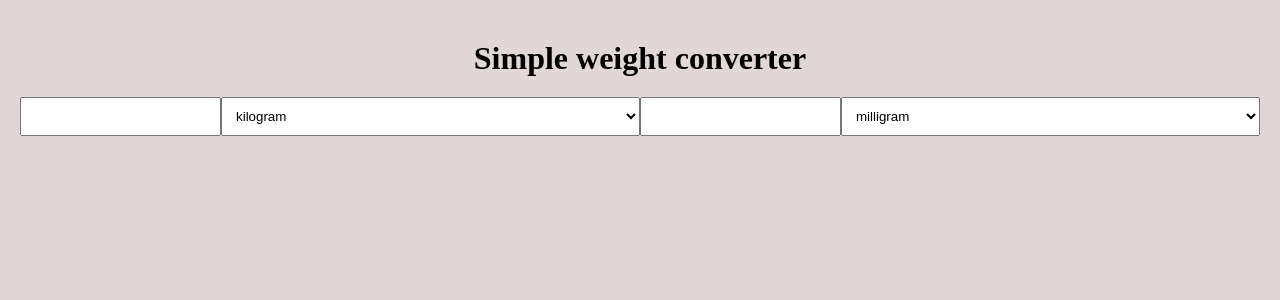
Repository: Eugene44-hub/weight-converter
Page: index.html
An editor plug-in stored every save of this project. The page is shown before and after the next save, followed by the edit.
The browser window is 1280 px wide. The pictures show the whole page.

Above is the page before, as saved 2021-09-20 04:55:25.

### index.html
<!DOCTYPE html>
<html lang="en">

<head>
    <meta charset="UTF-8">
    <meta http-equiv="X-UA-Compatible" content="IE=edge">
    <meta name="viewport" content="width=device-width, initial-scale=1.0">
    <link rel="stylesheet" href="style.css">
    <title>Document</title>
</head>

<body>
    <div class="converter">
        <h1>Simple weight converter</h1>

        <input type="number" id="typed">
        <select name="" id="in-weight">
      <option value="kg">kilogram</option>
      <option value="ou">ounce</option>
      <option value="mg">milligram</option>
    </select>
        <input type="number" id="output">
        <select name="" id="out-weight">
      <option value="mg">milligram</option>
      <option value="ou">ounce</option>
      <option value="kg">kilogram</option>
    </select>
    </div>
    <script src="app.js"></script>
</body>

</html>

### style.css
* {
    padding: 0;
    margin: 0;
}

body {
    background-color: rgb(226, 215, 215);
}

input {
    padding: 10px;
    flex: 10%;
    margin-bottom: 10px;
}

h1 {
    text-align: center;
    flex: 100%;
    margin-bottom: 20px;
}

select {
    padding: 10px;
    margin-bottom: 10px;
    flex: 30%;
}

.converter {
    display: flex;
    flex-wrap: wrap;
    justify-content: space-between;
    padding: 20px;
    margin: 20px auto;
}

### app.js
let typed = document.querySelector('#typed');
let output = document.querySelector('#output');
let select = document.querySelector('#in-weight');
let select2 = document.querySelector('#out-weight');

function selectTwo(val) {
    select2.addEventListener('change', e => {
        if (select2.value === 'mg' && select.value === 'kg') {
            output.value = val * Math.pow(10, 6)
        } else if (select2.value === "ou" && select.value === 'mg') {
            output.value = val * 0.000035274
        } else if (select2.value === "ou" && select.value === 'kg') {
            output.value = val * 35.274
        } else if (select2.value === "kg" && select.value === 'ou') {
            output.value = val / 35.274
        } else if (select2.value === "mg" && select.value === 'ou') {
            output.value = val / 0.000035274
        } else if (select2.value === "kg" && select.value === 'mg') {
            output.value = val / Math.pow(10, 6)
        } else {
            output.value = typed.value
        }

    })
}

function selectOne(val) {
    select.addEventListener('change', e => {

        if (select2.value === 'mg' && select.value === 'kg') {
            typed.value = val / Math.pow(10, 6)
        } else if (select2.value === "mg" && select.value === 'ou') {
            typed.value = val * 0.000035274
        } else if (select2.value === "ou" && select.value === 'kg') {
            typed.value = val / 35.274
        } else if (select2.value === "kg" && select.value === 'ou') {
            typed.value = val * 35.274
        } else if (select2.value === "ou" && select.value === 'mg') {
            typed.value = val / 0.000035274
        } else if (select2.value === "kg" && select.value === 'mg') {
            typed.value = val * Math.pow(10, 6)
        } else { typed.value = output.value }
    })
}


typed.addEventListener('input',
    e => {

        if (select2.value === 'mg' && select.value === 'kg') {
            output.value = Number(e.target.value) * Math.pow(10, 6)
        } else if (select2.value === "ou" && select.value === 'mg') {
            output.value = Number(e.target.value) * 0.000035274
        } else if (select2.value === "ou" && select.value === 'kg') {
            output.value = Number(e.target.value) * 35.274
        } else if (select2.value === "kg" && select.value === 'ou') {
            output.value = Number(e.target.value) / 35.274
        } else if (select2.value === "mg" && select.value === 'ou') {
            output.value = Number(e.target.value) / 0.000035274
        } else if (select2.value === "kg" && select.value === 'mg') {
            output.value = Number(e.target.value) / Math.pow(10, 6)
        } else {
            output.value = typed.value
        }
        selectTwo(Number(e.target.value))
    })

output.addEventListener('input',
    e => {
        if (select2.value === 'mg' && select.value === 'kg') {
            typed.value = Number(e.target.value) / Math.pow(10, 6)
        } else if (select2.value === "mg" && select.value === 'ou') {
            typed.value = Number(e.target.value) * 0.000035274
        } else if (select2.value === "ou" && select.value === 'kg') {
            typed.value = Number(e.target.value) / 35.274
        } else if (select2.value === "kg" && select.value === 'ou') {
            typed.value = Number(e.target.value) * 35.274
        } else if (select2.value === "ou" && select.value === 'mg') {
            typed.value = Number(e.target.value) / 0.000035274
        } else if (select2.value === "kg" && select.value === 'mg') {
            typed.value = Number(e.target.value) * Math.pow(10, 6)
        } else { typed.value = output.value }
        selectOne(Number(e.target.value))
    })

After the next save:
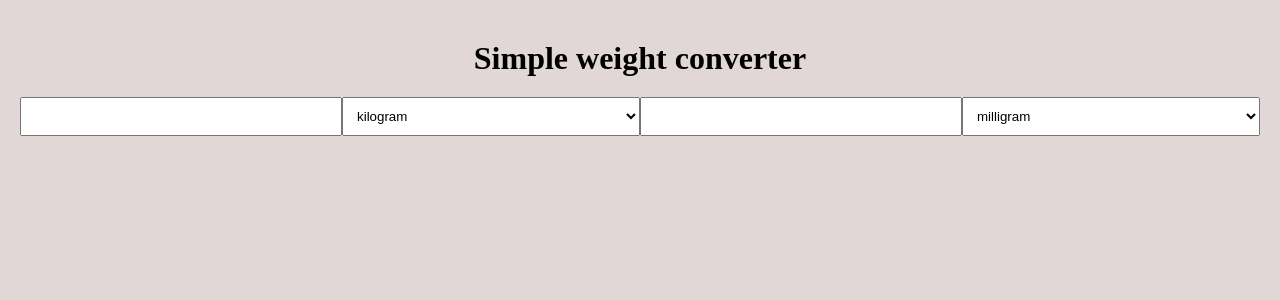
Saved 12 s later.
--- a/style.css
+++ b/style.css
@@ -22,7 +22,7 @@ h1 {
 select {
     padding: 10px;
     margin-bottom: 10px;
-    flex: 30%;
+    flex: 10%;
 }
 
 .converter {

After the 6 saves that followed:
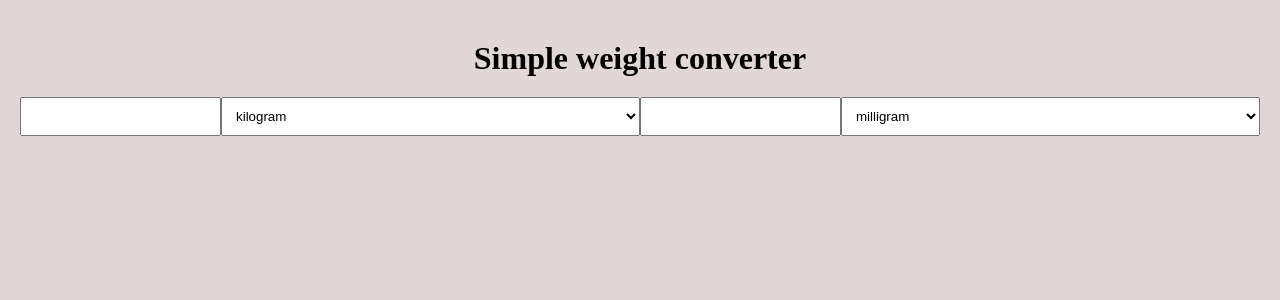
The 6 saves are shown as one change because 4 left the picture as it was and some came seconds apart.
The last was saved 3 min 46 s later.
--- a/style.css
+++ b/style.css
@@ -9,7 +9,6 @@ body {
 
 input {
     padding: 10px;
-    flex: 10%;
     margin-bottom: 10px;
 }
 
